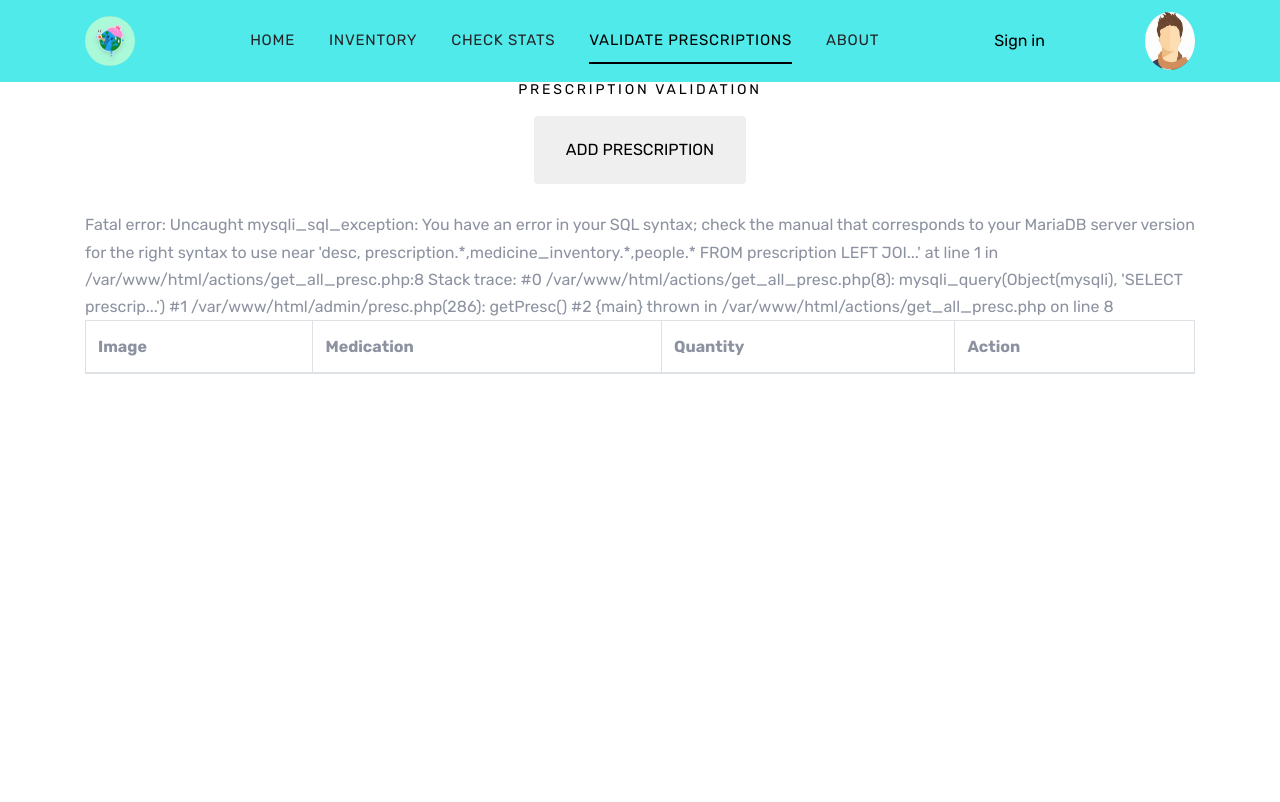
Repository: Argivist/Web-Doctor
Page: http://localhost/admin/presc.php
An editor plug-in stored every save of this project. The page is shown before and after the next save, followed by the edit.
The browser window is 1280 px wide. The pictures show the whole page.
Some icons come from a web library that is not loaded, so they are not drawn. Some web fonts or font styles are not loaded; a fallback is used. The page is run by PHP 8.4 with error messages shown; the project is at /var/www/html/. The database holds what the project's SQL file puts in it. Queries for data that is not in the repository find no rows.

Above is the page before, as saved 2024-03-16 22:39:56.

### admin/presc.php
<?php
include "../settings/connection.php";
session_start();
?>
<!DOCTYPE html>
<html lang="en">

<head>
    <meta charset="UTF-8">
    <meta name="viewport" content="width=device-width, initial-scale=1.0">
    <title>Home</title>
    <link rel="icon" href="../img/logo/logo.png" />

    <link href="https://fonts.googleapis.com/css?family=Rubik:400,700|Crimson+Text:400,400i" rel="stylesheet">
    <link rel="stylesheet" href="fonts/icomoon/style.css">
    <link rel="stylesheet" href="../css/bootstrap.min.css">
    <link rel="stylesheet" href="../css/magnific-popup.css">
    <link rel="stylesheet" href="../css/jquery-ui.css">
    <link rel="stylesheet" href="../css/owl.carousel.min.css">
    <link rel="stylesheet" href="../css/owl.theme.default.min.css">
    <link rel="stylesheet" href="../css/style.css">
    <link rel="stylesheet" href="../css/aos.css">
    <link rel="stylesheet" href="../css/popup.css">
    <script src="../js/popup.js"></script>
    <script src="../js/ajax_.js"></script>


    <!-- <style>
        body {
            font-family: 'Segoe UI', Tahoma, Geneva, Verdana, sans-serif;
            background-color: #f8f9fa;

        }

        .prescription-container {
            max-width: 900px;
            margin: 0 auto;
        }

        .prescription {
            border: 1px solid #ddd;
            border-radius: 10px;
            padding: 20px;
            margin-bottom: 30px;
            background-color: #fff;
            box-shadow: 0 0 10px rgba(0, 0, 0, 0.1);
            transition: all 0.3s ease;
        }

        .prescription:hover {
            transform: translateY(-5px);
            box-shadow: 0 0 20px rgba(0, 0, 0, 0.15);
        }

        .prescription img {
            max-width: 100%;
            border-radius: 8px;
            margin-bottom: 15px;
            box-shadow: 0 0 10px rgba(0, 0, 0, 0.1);
        }

        .prescription h3 {
            color: #343a40;
            font-size: 22px;
            margin-bottom: 20px;
        }

        .btn {
            border-radius: 20px;
            font-size: 16px;
            padding: 10px 20px;
            margin-right: 10px;
            transition: all 0.3s ease;
        }

        .btn:hover {
            transform: translateY(-2px);
        }

        .modal-content {
            border-radius: 15px;
            box-shadow: 0 0 20px rgba(0, 0, 0, 0.2);
        }

        .modal-header,
        .modal-body,
        .modal-footer {
            border: none;
        }

        .modal-title {
            color: #343a40;
            font-size: 24px;
        }

        .modal-body p {
            font-size: 18px;
            margin-bottom: 15px;
        }

        .badge {
            font-size: 14px;
            border-radius: 20px;
        }

        .badge-secondary {
            background-color: #6c757d;
        }

        .badge-success {
            background-color: #28a745;
        }

        /* .prescription {
            margin-top: 10px;
        } */

        .white-popup {
            background: #fff;
            padding: 20px;
            max-width: 400px;
            margin: 0 auto;
            text-align: center;
            border-radius: 5px;
        }

        .white-popup input[type="file"] {
            margin-bottom: 10px;
        }

        .white-popup button {
            background-color: #04e2f6;
            border: none;
            color: white;
            padding: 10px 20px;
            text-align: center;
            text-decoration: none;
            display: inline-block;
            font-size: 16px;
            margin: 4px 2px;
            cursor: pointer;
            border-radius: 5px;
        }
    </style> -->
    <style>
        .btn {
            margin-top: 10px;
        }

        .safer:hover {
            border: green solid 2px;
        }

        .danger:hover {
            border: red solid 2px;
        }
    </style>

</head>

<body>
    <div class="site-wrap">

        <!--Navigation Bar-->
        <div class="site-navbar bg-primary py-2">
            <div class="container">
                <div class="d-flex align-items-center justify-content-between">
                    <div class="logo">
                        <div class="site-logo">
                            <a href="home.php" class="js-logo-clone"><img src="../img/logo/logo.png" style="width:50px; border-radius:50px;" alt="logo" /></a>
                        </div>
                    </div>
                    <div class="main-nav d-lg-block">
                        <nav class="site-navigation text-right text-md-center" role="navigation">
                            <ul class="site-menu js-clone-nav d-lg-block">
                                <li class=""><a href="home.php">Home</a></li>

                                <li><a href="inventory.php">Inventory</a></li>
                                <li class=""><a href="statistics.php">Check Stats</a></li>
                                <li class="active"><a href="presc.php">Validate Prescriptions</a></li>

                                <li><a href="aboutus.php">About</a></li>

                            </ul>
                        </nav>
                    </div>
                    <?php
                    if (isset($_SESSION['id'])) {
                        echo "<div class='logout'><a href='../actions/logout.php'>Logout</a></div>";
                    } else {
                        echo "<div class='login'><a href='../login/login.php'>Sign in</a></div>";
                    } ?>
                    <div class="profile">
                        <a href="
                        <?php
                        if (isset($_SESSION['id'])) {
                            echo "profile.php";
                        } else {
                            echo "../login/login.php";
                        }
                        ?>
                        "><img src="
                        <?php
                        if (isset($_SESSION['id'])) {
                            echo "../img/logo/logo.png";
                        } else {
                            echo "../img/profile.jpg";
                        }
                        ?>
                        " alt="Image" class="rounded-circle" style="width:50px; border-radius:50px;"></a>
                    </div>
                </div>
            </div>
        </div>

        <!--Main Content-->
        <!--Image By: Photo by Alex Green: https://www.pexels.com/photo/pile-of-white-spilled-pills-5699514/-->
        <div class="site-blocks-cover">
            <div class="container">


                <!-- Profile Modal -->
                <div class="modal fade popup" id="profileModal" tabindex="-1" role="dialog" aria-labelledby="profileModalLabel" aria-hidden="true">
                    <div class="modal-dialog" role="document">
                        <div class="modal-content">
                            <div class="modal-header">
                                <h5 class="modal-title" id="profileModalLabel">Buyer Profile</h5>
                                <button type="button" class="close" data-dismiss="modal" aria-label="Close">
                                    <span aria-hidden="true">&times;</span>
                                </button>
                            </div>
                            <div class="modal-body">
                                <p>Name: <span id="buyerName"></span></p>

                                <p>Details: <span id="desc"></span></p>
                            </div>
                        </div>
                    </div>
                </div>

                <!-- Reason Modal -->
                <!-- <div class="modal fade reason-modal" id="reasonModal" tabindex="-1" role="dialog" aria-labelledby="reasonModalLabel" aria-hidden="true">
                                <div class="modal-dialog" role="document">
                                    <div class="modal-content">
                                        <div class="modal-header">
                                            <h5 class="modal-title" id="reasonModalLabel">Provide Reason for Rejection</h5>
                                            <button type="button" class="close" data-dismiss="modal" aria-label="Close">
                                                <span aria-hidden="true">&times;</span>
                                            </button>
                                        </div>
                                        <div class="modal-body">
                                            <textarea class="form-control rejection-reason" rows="4"></textarea>
                                        </div>
                                        <div class="modal-footer">
                                            <button type="button" class="btn btn-secondary" data-dismiss="modal">Close</button>
                                            <button type="button" class="btn btn-danger submit-rejection">Submit</button>
                                        </div>
                                    </div>
                                </div>
                            </div>
                        </div>
                    </div>
                </div> -->
                <!-- new list -->
                <div class="site-blocks-table">
                    <!-- Adding patient -->
                    <div class="container">
                        <h2 style="text-align:center;">Prescription Validation</h2>
                        <center><button class="btn" onclick="openPopup('popup_add_presc')">Add Prescription</button></center>
                    </div>
                </div>
                <table class="table table-bordered">

                    <thead>
                        <tr>
                            <th class="product-thumbnail">Image</th>
                            <th class="product-name">Medication</th>
                            <th class="product-quantity">Quantity</th>
                            <th class="product-price">Action</th>
                        </tr>
                    </thead>
                    <tbody>
                        <?php
                        include '../actions/get_all_presc.php';
                        include '../functions/list_presc_action.php';
                        $presc = getPresc();
                        include "../settings/connection.php";
                        $count = 0;
                        foreach ($presc as $item) {
                            if ($item['approved'] == 0) {

                                $query="SELECT * FROM people WHERE p_id=".$item['custom_id'];
                                $result=mysqli_query($conn,$query);
                                $row=mysqli_fetch_assoc($result);
                                $name=$row['fname']." ".$row['lname'];
                                echo displayPresc($item["prescript_id"], $item['medicine_id'], $item['img_url'], $item['medicine_name'], $item['qty'], $item['presDesc'], $name);
                            }
                        }

                        ?>
                    </tbody>
                    <table>
            </div>
        </div>
    </div>
    <!-- popup -->
    <div class="popup" id="popup_add_presc">
        <div class="popup-item">
            <div class="popup-header">
                <h2>Add Prescription</h2>
                <span class="close" onclick="closePopup('popup_add_presc')">&times;</span>
            </div>
            <div class="popup-body">
                <div class="error" id="error"></div>
                <!-- <form action="../actions/add_presc.php" method="post" enctype="multipart/form-data"> -->
                <div class="form-group  mb-2">
                    <label for="medicine">Medicine ID</label>
                    <input type="text" class="form-control" id="medicine" name="medid" required>
                    <label for="patient"> Patient ID</label>
                    <input type="text" class="form-control" id="patient" name="pid" required>
                    <label for="quantity">Quantity</label>
                    <input type="number" class="form-control" id="quantity" name="quantity" required>
                    <label for="file">Prescription</label>
                    <label for="descr">Description</label>
                    <textarea class="form-control" id="description" name="descr" required></textarea>
                    <input type="file" name="file" id="file">
                    <input type="submit" class="btn btn-primary" value="Add Prescription" onclick="add_presc('medicine','patient','quantity','description','error',)">
                </div>
            </div>
        </div>
        <script>

        </script>
</body>
<script src="../js/jquery-3.3.1.min.js"></script>
<script src="../js/jquery-ui.js"></script>
<script src="../js/popper.min.js"></script>
<script src="../js/bootstrap.min.js"></script>
<script src="../js/owl.carousel.min.js"></script>
<script src="../js/jquery.magnific-popup.min.js"></script>
<script src="../js/aos.js"></script>

<script src="js/main.js"></script>


<!-- Bootstrap JS and jQuery -->
<script src="https://code.jquery.com/jquery-3.5.1.slim.min.js"></script>
<script src="https://cdn.jsdelivr.net/npm/popper.js@1.16.1/dist/umd/popper.min.js"></script>
<script src="https://stackpath.bootstrapcdn.com/bootstrap/4.5.2/js/bootstrap.min.js"></script>
<script>
    $(document).ready(function() {
        // Handle click on view profile button
        $('.view-profile-button').click(function() {
            var buyerName = $(this).data('name');
            var desc = $(this).data('desc');
            $('#buyerName').text(buyerName);
            $('#desc').text(desc);

        });

        // Handle click on validate button
        $('.validate-button').click(function() {
            var prescription = $(this).closest('.prescription');
            var prescid = $(this).data('product-id');

            validatePrescription(prescription, prescid);
        });

        // Handle click on reject button
        $('.reject-button').click(function() {
            var presid = $(this).data('product-id');
            // $('.rejection-reason').data('product-name', productName);
            rejectPrescription(presid); //prescription, productName, rejectionReason);
        });

        // Handle click on submit rejection button
        // $('.submit-rejection').click(function() {
        //     var prescription = $('.rejection-reason').closest('.prescription');
        //     var productName = $('.rejection-reason').data('product-name');
        //     var rejectionReason = $('.rejection-reason').val();
        //     rejectPrescription(prescription, productName, rejectionReason);
        //     $('#reasonModal').modal('hide');
        // });

        // Function to validate prescription
        function validatePrescription(prescription, prescid) {
            fetch(
                '../actions/prescription.php', {
                    method: 'POST',
                    headers: {
                        'Content-Type': 'application/json'
                    },
                    body: JSON.stringify({
                        action: 0,
                        pid: prescid
                    })
                }
            ).then(response => response.json()).then(data => {
                if (data.status === "Success") {
                    alert('Prescription validated successfully');

                } else {
                    alert('Prescription validation failed');
                }
                window.location.reload();
            });
            // prescription.find('.validation-status').removeClass('badge-secondary').addClass('badge-success').text('Validated');
        }

        // Function to reject prescription
        function rejectPrescription(prescid) { //prescription, productName, rejectionReason) {
            fetch(
                '../actions/prescription.php', {
                    method: 'POST',
                    headers: {
                        'Content-Type': 'application/json'
                    },
                    body: JSON.stringify({
                        action: 1,
                        pid: prescid
                    })
                }
            ).then(response => response.json()).then(data => {
                if (data.status === "Success") {
                    alert('Prescription Rejected');

                } else {
                    alert('Prescription Rejection failed');
                }
                window.location.reload();
            });
            // Send AJAX request to reject prescription
            // prescription.find('.validation-status').removeClass('badge-secondary').addClass('badge-danger').text('Rejected');
            // You may want to update the UI to reflect rejection reason
        }
    });
</script>

</html>

### settings/connection.php

<?php
// $server="localhost";
// $user="root";
// $passwd="cs341webtech";
// $db="web_doctors";

// $conn=mysqli_connect($server,$user,$passwd,$db) or die("Connection failed :: ".$conn->error);
?>

<?php
$server="localhost:3307";
$user="root";
$passwd="root";
$db="web_doctors";

$conn=mysqli_connect($server,$user,$passwd,$db) or die("Connection failed :: ".$conn->error);
?>

### actions/get_all_presc.php
<?php
require "../settings/connection.php";

function getPresc(){
    global $conn;
    $query="SELECT prescription.desc AS presDesc,medicine_inventory.desc AS desc, prescription.*,medicine_inventory.*,people.* FROM prescription LEFT JOIN people ON prescription.custom_id=people.p_id LEFT JOIN medicine_inventory ON prescription.medicine_id=medicine_inventory.medicine_id ";

    $result=mysqli_query($conn,$query);
    $row=[];

    if($result){
        $row=mysqli_fetch_all($result,MYSQLI_ASSOC);
    }else{
        echo "No meds found";
    }

    mysqli_free_result($result);
    mysqli_close($conn);
    return $row;

}

### functions/list_presc_action.php

<?php
function displayPresc($pid,$mid, $url, $med_name, $medicine_qty, $desc,$name)
{
    $cart_item = "

<tr>
<input type='text' name='med_id' value='" . $mid . "' hidden/>

                    <td class='product-thumbnail'>
                      <img src=" . $url . " alt='Image' class='img-fluid'>

                    </td>
                    <td class='product-name'>

                      <h2 class='h5 text-black'>" . $med_name . "</h2>
                    </td>

                     <td>

                        <h2 class='h5 text-black'>" . $medicine_qty . "</h2>

                    </td>
                    <td>
                    <button class='btn btn-primary safer validate-button' data-product-id='".$pid."'>Validate Prescription</button><br/>
                    <button class='btn btn-primary  view-profile-button' data-toggle='modal' data-target='#profileModal' data-name='".$name."' data-desc='".$desc."'>View Buyer Profile</button><br/>
                    <button class='btn btn-primary danger reject-button' data-toggle='modal' data-target='#reasonModal' data-product-id='".$pid."'>Reject Prescription</button><br/>

                    </td>

                      </tr>";
                  return $cart_item;
}

### css/popup.css
@keyframes animatetop {
    from {
        top: -300px;
        opacity: 0
    }

    to {
        top: 0;
        opacity: 1
    }
}

.popup-item {
    position: absolute;
    top: 50%;
    left: 50%;
    transform: translate(-50%, -50%);
    background-color: #fefefe;
    padding: 20px;
    border: 1px solid #888;
    border-radius: 5px;
    box-shadow: 0 4px 8px 0 rgba(0, 0, 0, 0.2), 0 6px 20px 0 rgba(0, 0, 0, 0.19);
    animation-name: animatetop;
    animation-duration: 0.4s;
}
.popup-item input{
    width: 100%;
    padding: 12px 20px;
    margin: 8px 0;
    display: inline-block;
    border: 1px solid #ccc;
    border-radius: 4px;
    box-sizing: border-box;

}
.popup {
    z-index: 1;
    display: none;
    width: 100%;
    height: 100vh;
    position: fixed;
    top: 0;
    left: 0;
    right: 0;
    bottom: 0;
    z-index: 9999;
    background-color: rgba(0, 0, 0, 0.5);
}

### db/web_doctors.sql (the tables this page reads)
CREATE TABLE `medicine_inventory` (
  `medicine_id` int(11) PRIMARY KEY AUTO_INCREMENT,
  `img_url` varchar(100) NOT NULL,
  `medicine_name` varchar(50) NOT NULL,
  `medicine_qty` int(11) NOT NULL,
  `medicine_price` decimal(11,0) NOT NULL,
  `presc` boolean NOT NULL DEFAULT FALSE,
  `desc` LONGTEXT NOT NULL,
  `pharm_id` int(11),
  foreign key(pharm_id) references pharmacy(pharm_id) ON DELETE CASCADE ON UPDATE CASCADE
);

INSERT INTO `medicine_inventory` (`img_url`,`medicine_id`,`medicine_name`, `medicine_qty`, `medicine_price`, `pharm_id`,`desc`) VALUES
('..\\img\\meds\\product_01.png', 1, 'Bioderma', 100, 10, 1, 'Bioderma Sensibio H2O Soothing Micellar Cleansing Water and Makeup Removing Solution for Sensitive Skin'),
('..\\img\\meds\\product_02.png', 2, 'CP', 100, 10, 1, 'Cetaphil Pro Dermacontrol Purifying Clay Mask With bentonite Clay for Oily, Sensitive Skin, 3 Oz Jar'),
('..\\img\\meds\\product_03.png', 3, 'Umcka', 100, 10, 1, "Nature\'s Way Umcka ColdCare Cherry Syrup, 4 Ounce"),
('..\\img\\meds\\product_04.png', 4, 'cety1Pure', 100, 10, 1,'Cetaphil Gentle Skin Cleanser for All Skin Types, Face Wash for Sensitive Skin, 16 oz'),
('..\\img\\meds\\product_05.png', 5, 'Claritin', 100, 10, 1, 'Claritin 24 Hour Allergy Medicine, Non-Drowsy Prescription Strength Allergy Relief, Loratadine Antihistamine Tablets, 45 Count'),
('..\\img\\meds\\product_06.png', 6, 'Pourrie', 100, 10, 1,'Purina Pro Plan Savor Shredded Blend Chicken & Rice Formula Adult Dry Dog Food');

Loaded but not shown: css/bootstrap.min.css (library); css/magnific-popup.css (library); css/jquery-ui.css (library); css/owl.carousel.min.css (common file); css/owl.theme.default.min.css (common file); css/aos.css (library); js/jquery-3.3.1.min.js (library); js/jquery-ui.js (library); js/popper.min.js (library); js/bootstrap.min.js (library); js/owl.carousel.min.js (library); js/jquery.magnific-popup.min.js (library); js/aos.js (library); js/main.js (219 lines, source omitted); js/ajax_.js (34 lines, source omitted); js/popup.js (9 lines, source omitted); css/style.css (1125 lines, source omitted)

After the next save:
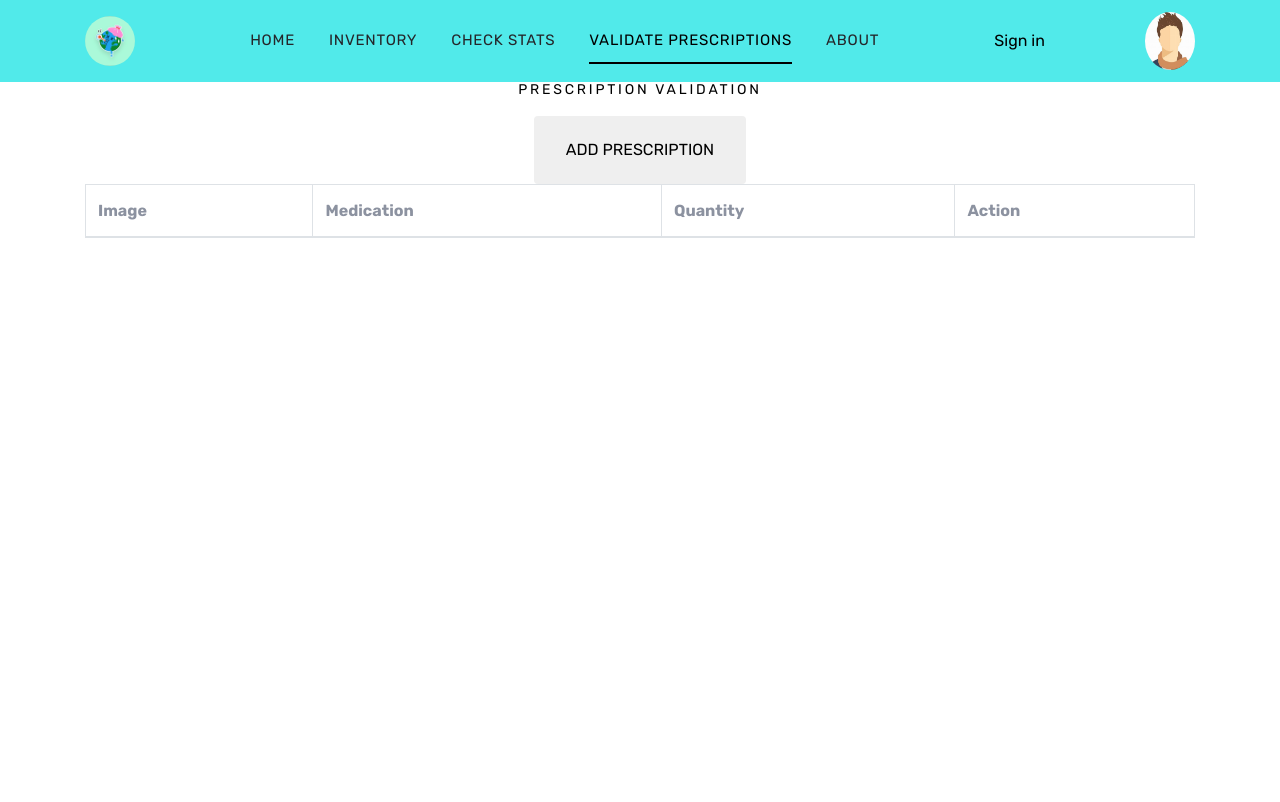
Saved 76 s later.
--- a/actions/get_all_presc.php
+++ b/actions/get_all_presc.php
@@ -3,7 +3,7 @@ require "../settings/connection.php";
 
 function getPresc(){
     global $conn;
-    $query="SELECT prescription.desc AS presDesc,medicine_inventory.desc AS desc, prescription.*,medicine_inventory.*,people.* FROM prescription LEFT JOIN people ON prescription.custom_id=people.p_id LEFT JOIN medicine_inventory ON prescription.medicine_id=medicine_inventory.medicine_id ";
+    $query="SELECT prescription.`desc` AS presDesc,medicine_inventory.`desc` AS `desc`, prescription.*,medicine_inventory.*,people.* FROM prescription LEFT JOIN people ON prescription.custom_id=people.p_id LEFT JOIN medicine_inventory ON prescription.medicine_id=medicine_inventory.medicine_id ";
 
     $result=mysqli_query($conn,$query);
     $row=[];
